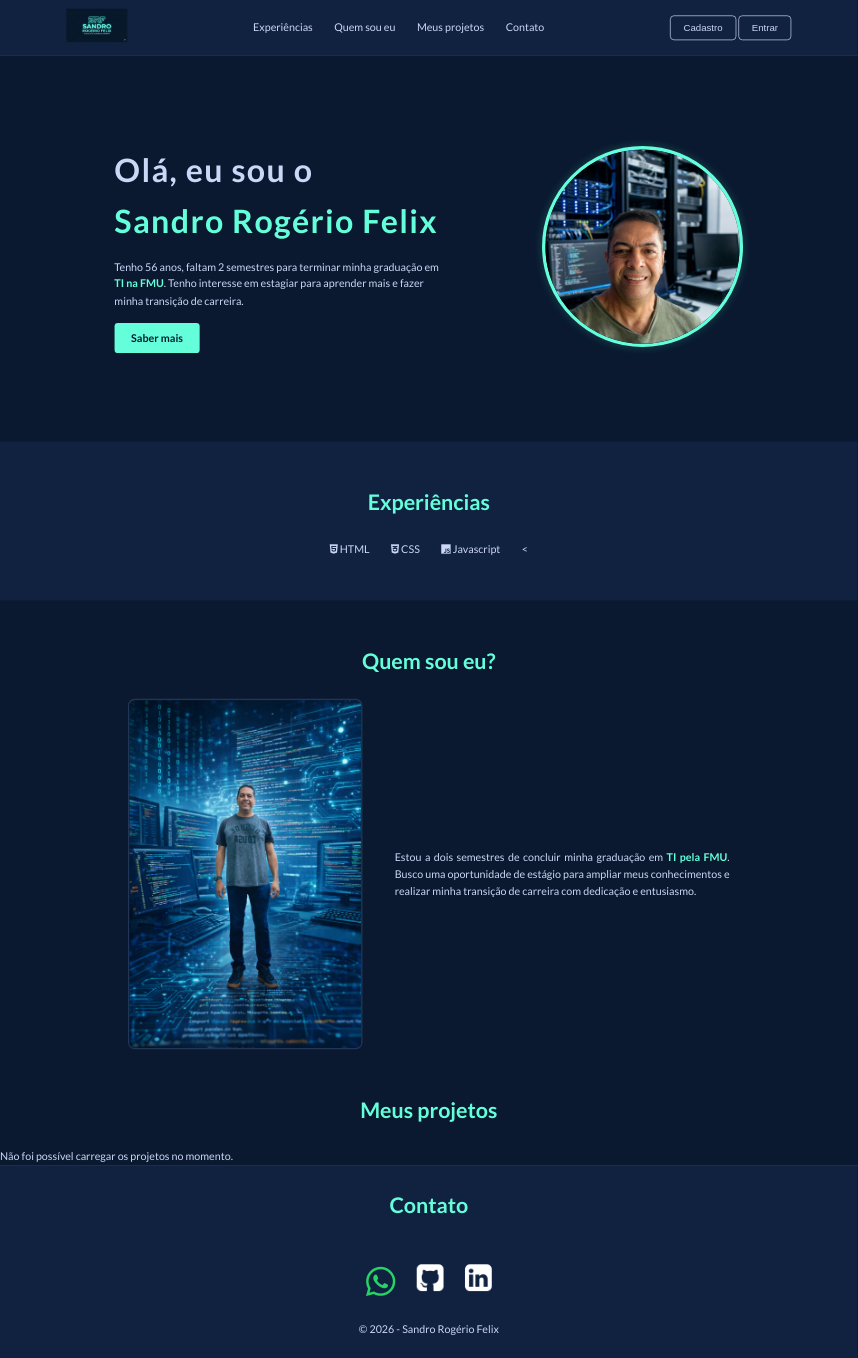
Repository: Sandro1969-tech/portifolio-Sandro
Page: index.html
These files come from the project's save history. The page is drawn as it stood at one moment and after a run of saves; the edit follows.
The browser window is 1280 px wide. The pictures show the whole page, at 67% of full size.
The page's requests for data from a server got no answer.

Above is the page before, as saved 2026-07-20 17:53:41.

After the next 2 saves:
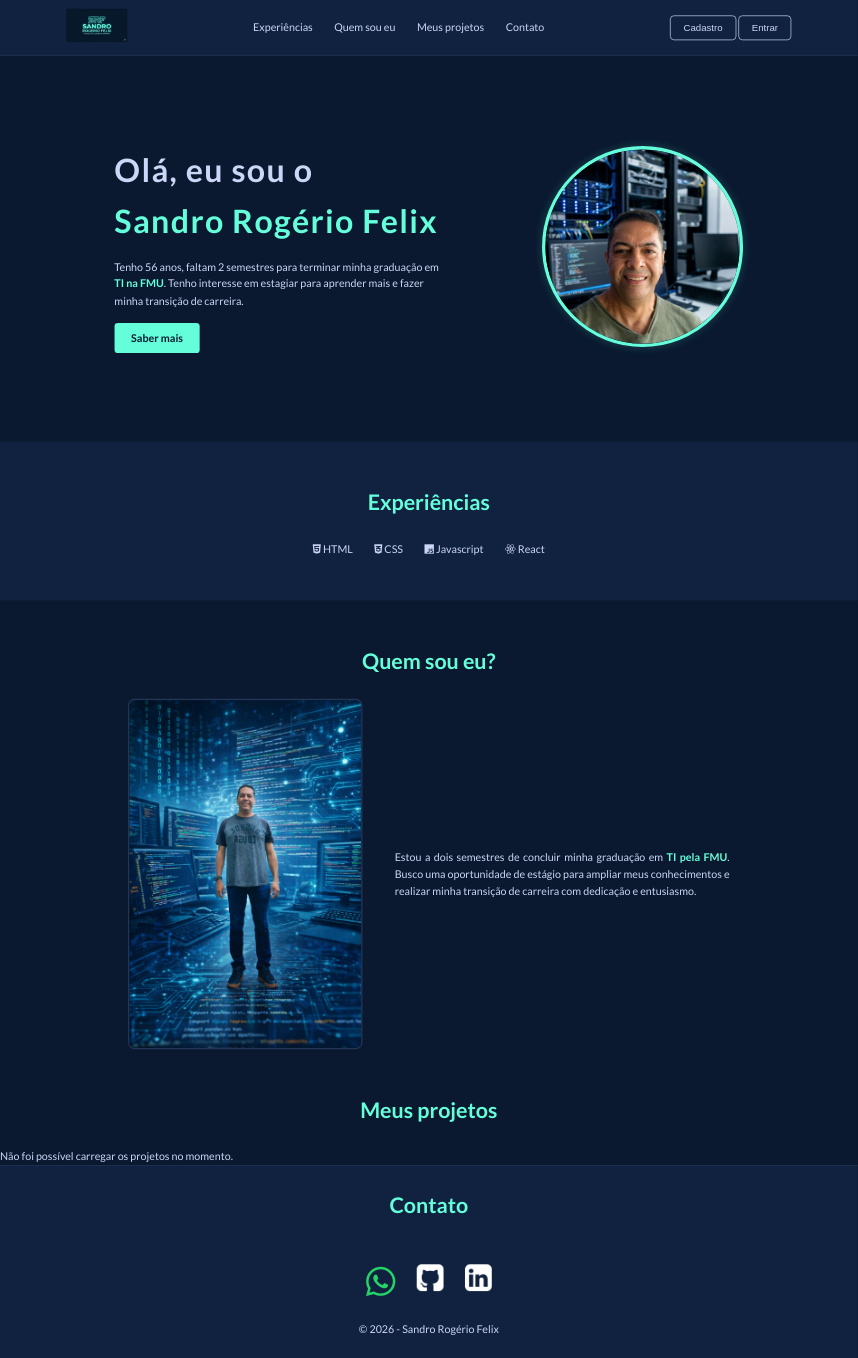
The 2 saves are shown as one change because they came seconds apart.
The last was saved 6 s later.
--- a/index.html
+++ b/index.html
@@ -47,7 +47,7 @@
                 <li><i class="fab fa-html5"></i> HTML</li>
                 <li><i class="fab fa-css3-alt"></i> CSS</li>
                 <li><i class="fab fa-js"></i> Javascript</li>
-                <
+                <li><i class="fab fa-react"></i> React</li>
             </ul>
         </section>
 
